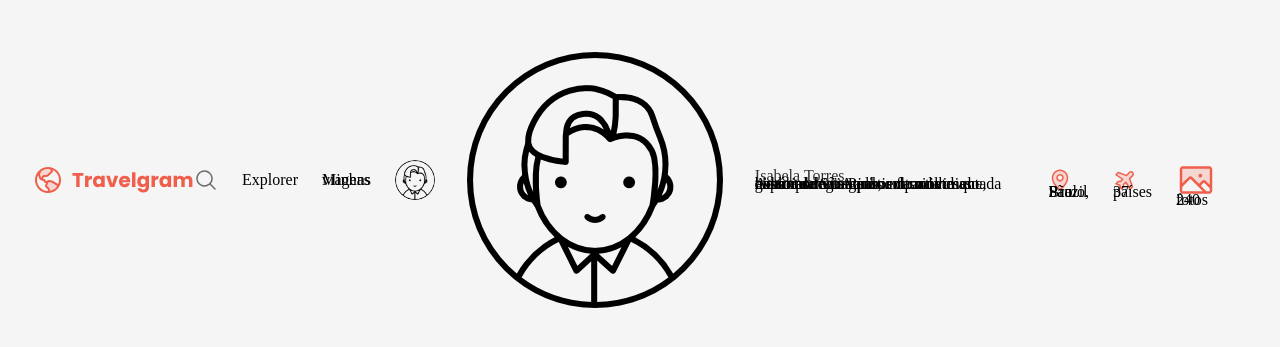
Repository: JeffRodFer/projeto-Travelgran-Rockeseat
Page: index.html
The author's editor kept a copy of each file at every save. The page is drawn from the files as they stood at one save, then again after a run of saves.
The browser window is 1280 px wide. The pictures show the whole page.

Above is the page before, as saved 2025-03-22 15:35:24.

After the next 4 saves:
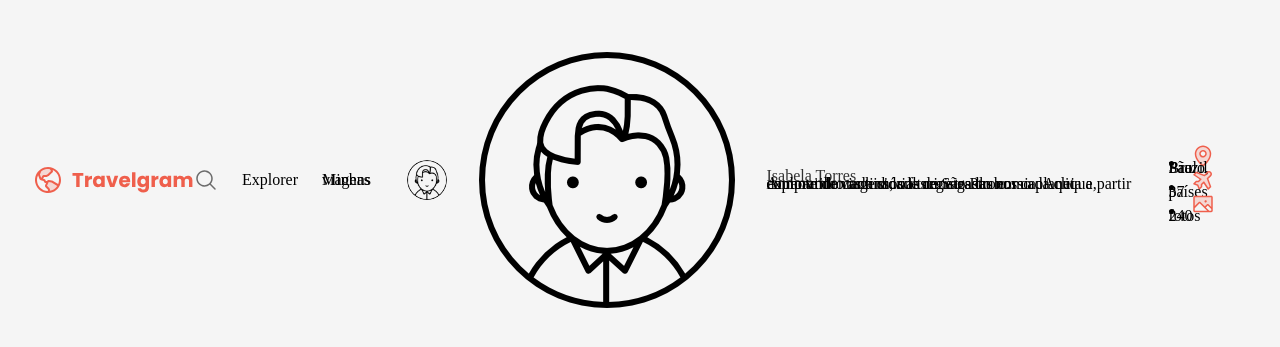
The 4 saves are shown as one change because they came seconds apart.
The last was saved 71 s later.
--- a/index.html
+++ b/index.html
@@ -43,7 +43,7 @@
                                         Amante de viagens, cultura e gastronomia. Aqui compartilho as histórias registradas em cada clique, explorando cantinhos fascinates do nosso planeta a partir da movimentada cidade de São Paulo.
                                     </p>
                                 </div>
-                            <ul id="info">
+                            <div id="info">
                                 <li>
                                     <img src="assets/icons/MapPin.svg" alt="ícone de mapa">
                                     <span>São Paulo, Brazil</span>
@@ -56,7 +56,7 @@
                                     <img src="assets/icons/Image.svg" alt="ícone de fotos">
                                     <span>240 fotos</span>
                                 </li>
-                            </ul>
+                            </div>
                     </div>
                 </header>
         </div>
